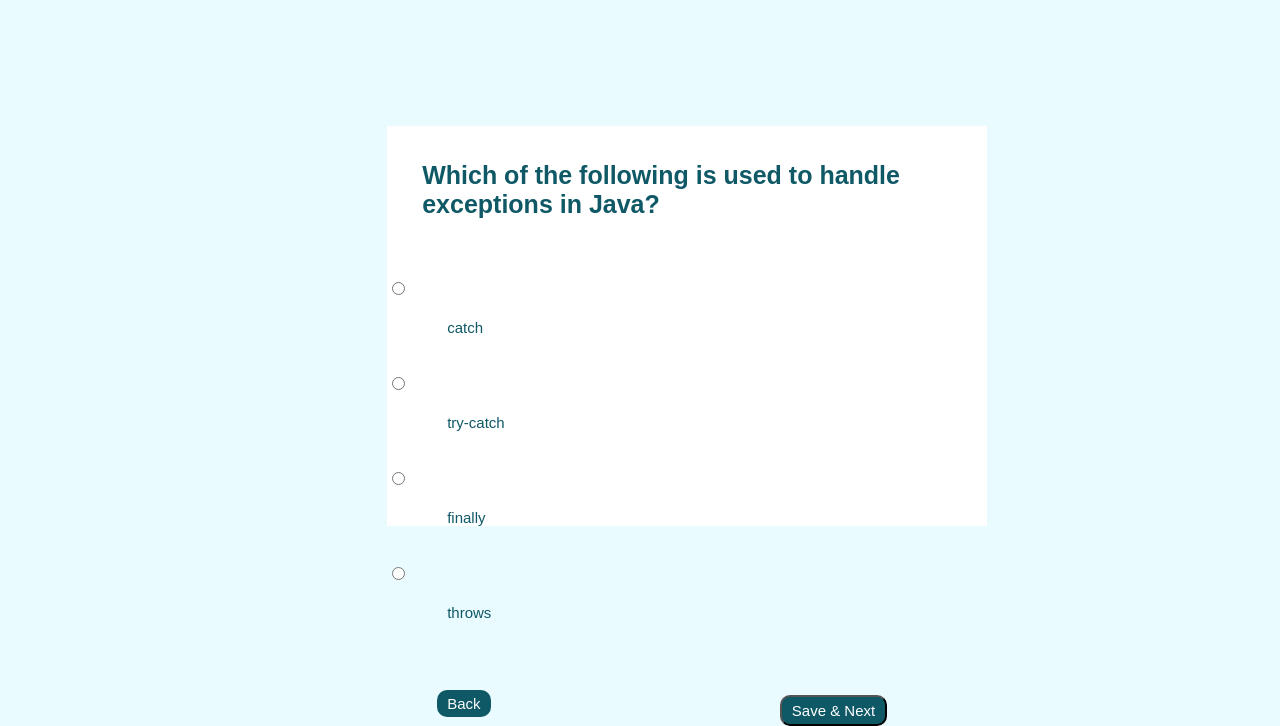
Repository: Rupali-8062Chourasiya5279/Internship_Task_Rupali
Page: Programming Language/quiz/QuizApp/src/main/webapp/First.html
These files come from the project's save history. The page is drawn as it stood at one moment and after the next save; the edit follows.
The browser window is 1280 px wide. The pictures show the whole page.

Above is the page before, as saved 2025-01-24 13:47:55.

After the next save:
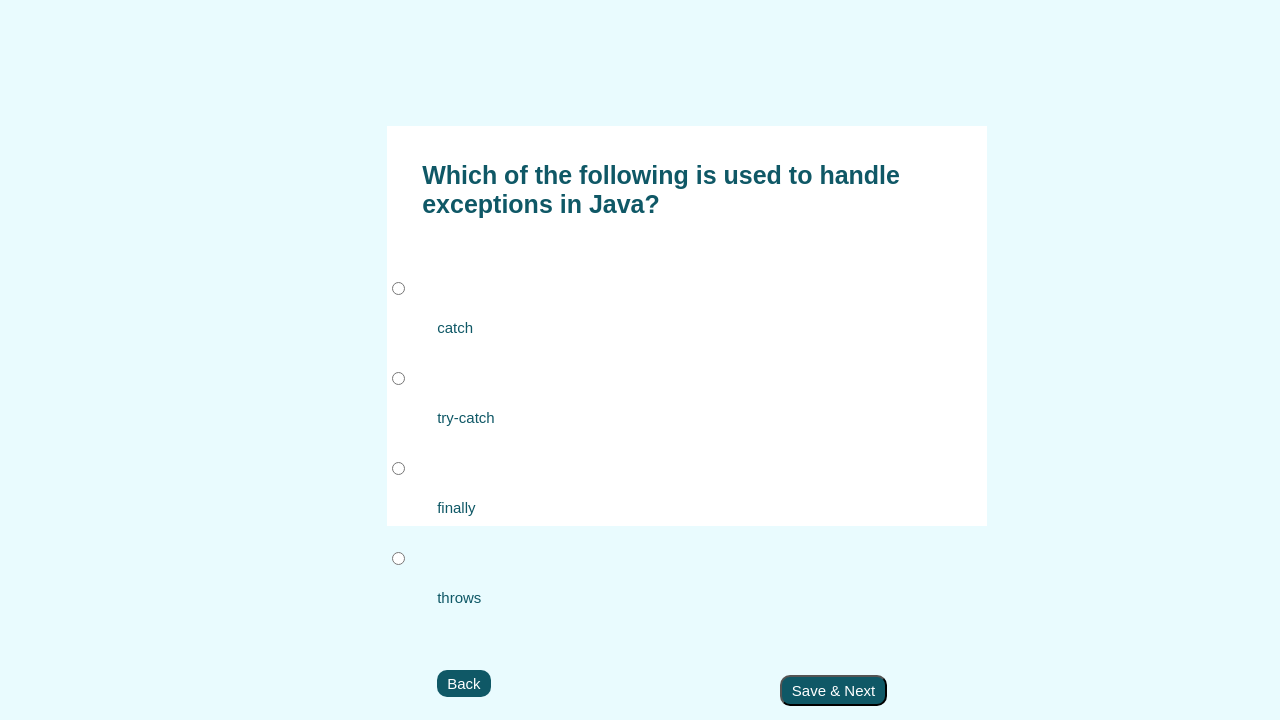
Saved 26 s later.
--- a/Programming Language/quiz/QuizApp/src/main/webapp/First.html
+++ b/Programming Language/quiz/QuizApp/src/main/webapp/First.html
@@ -39,7 +39,7 @@ margin-top: 10%;
  {
  color:#0f5866;
  font-family: sans-serif;
- padding:5px 10px 5px 10px;
+ padding-top:5px;
  margin-left:50px;
  font-size: 15px;
  }
